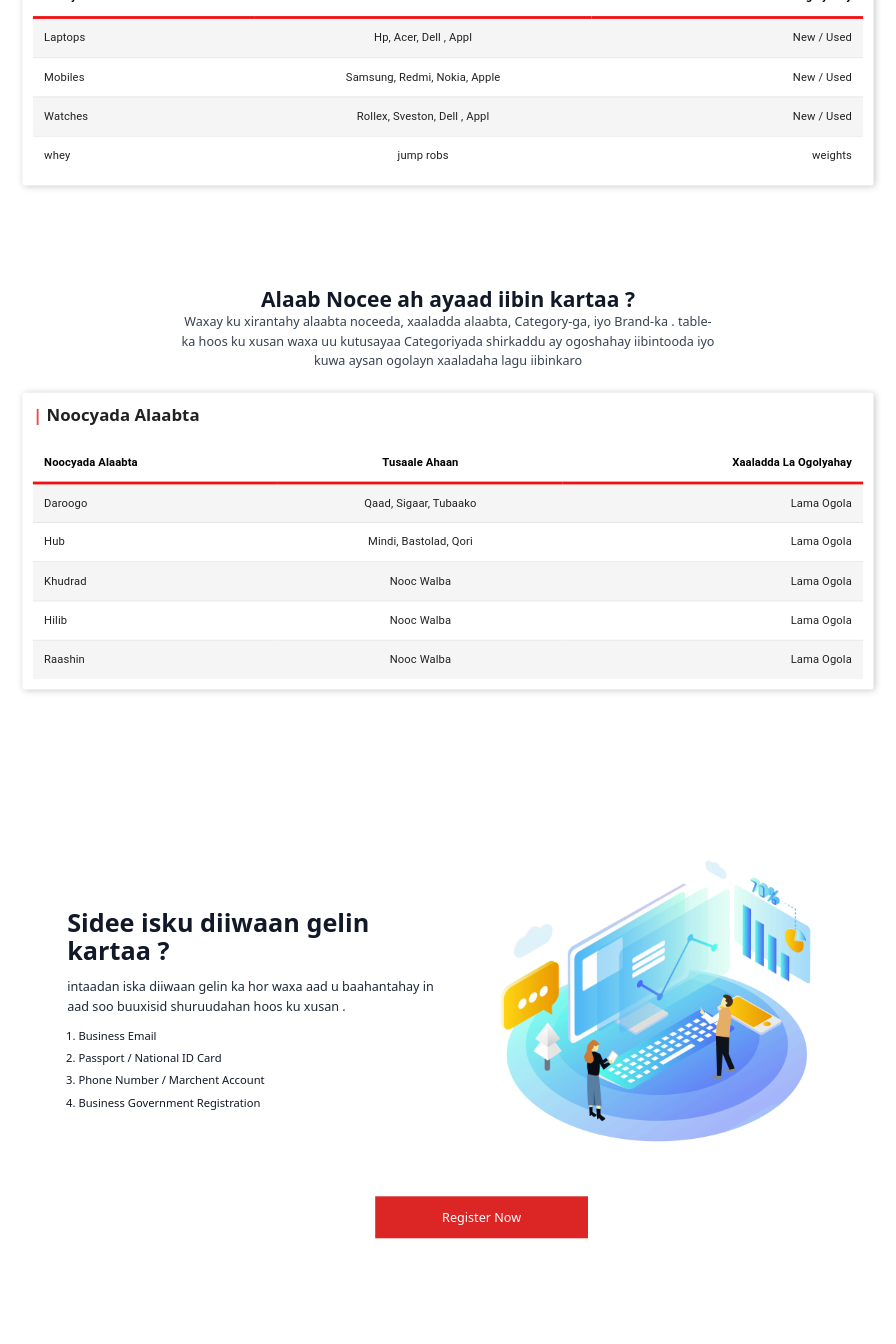
Repository: muraadso/Muraadso-Sellers
Page: /
An editor plug-in stored every save of this project. The page is shown before and after the next save, followed by the edit.
The browser window is 1280 px wide. The pictures show the part of the page from y = 2540 to 4460 px (the page is 7619 px tall before and 7652 px after), at 70% of full size.
The project was rebuilt for these pictures with package versions that can differ from the ones it lists, and the page was loaded fresh each time. The framework's server and built-in components were replaced by stand-ins that run in the browser. Also part of the build but not shown: next.config.js.

Above is the page before, as saved 2021-12-12 10:05:03.

After the next save:
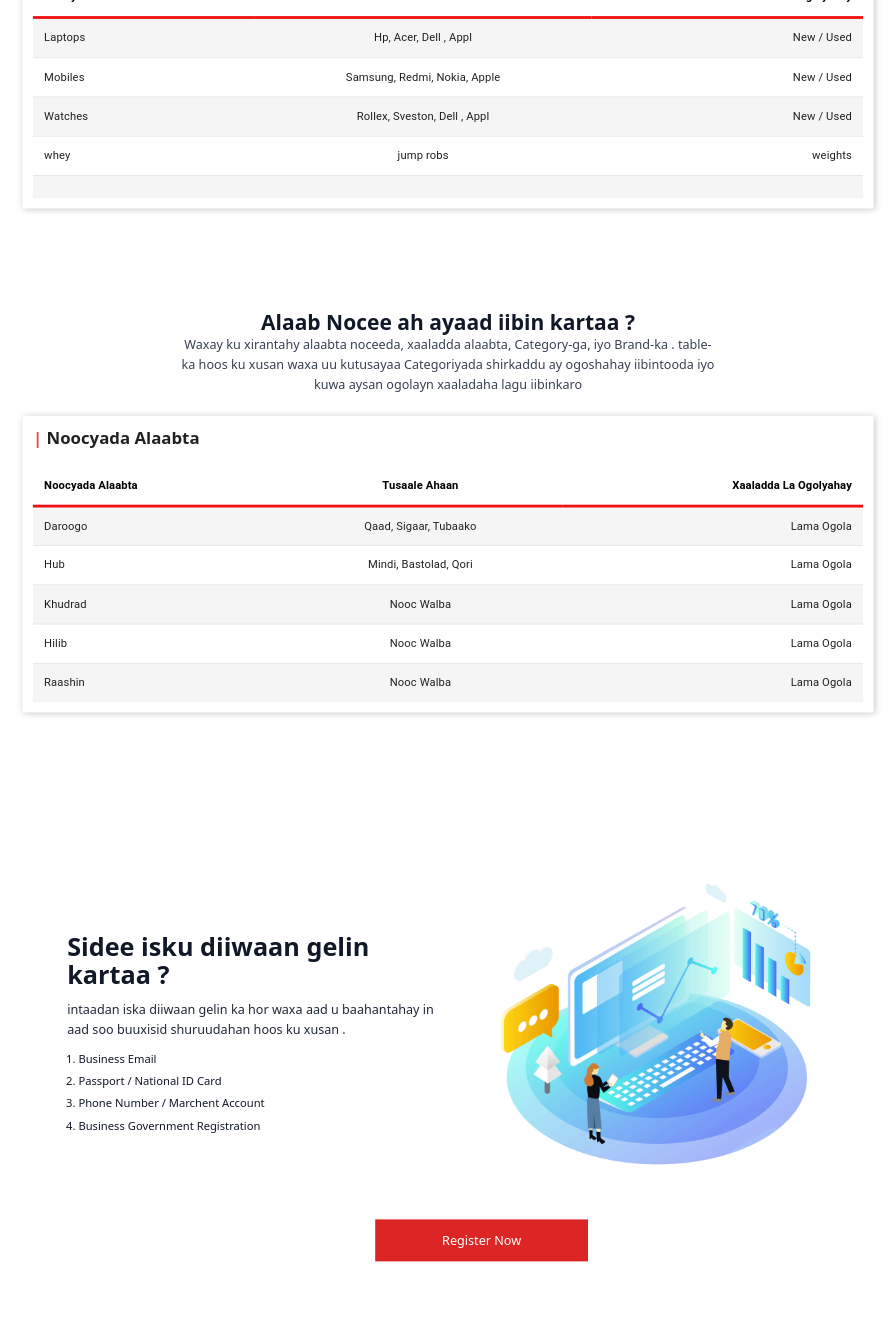
Saved 11 s later.
--- a/components/Whatsell.jsx
+++ b/components/Whatsell.jsx
@@ -47,7 +47,8 @@ const rows =[
   createData('Laptops', 'Hp, Acer, Dell , Appl', 'New / Used'),
   createData('Mobiles', 'Samsung, Redmi, Nokia, Apple', 'New / Used'),
   createData('Watches', 'Rollex, Sveston, Dell , Appl', 'New / Used'),
-  createData('whey', 'jump robs', 'weights', 'belts')
+  createData('whey', 'jump robs', 'weights', 'belts'),
+  createData('')
 ]
 const rows2 = [
   createData('Daroogo', "Qaad, Sigaar, Tubaako", 'Lama Ogola'),
